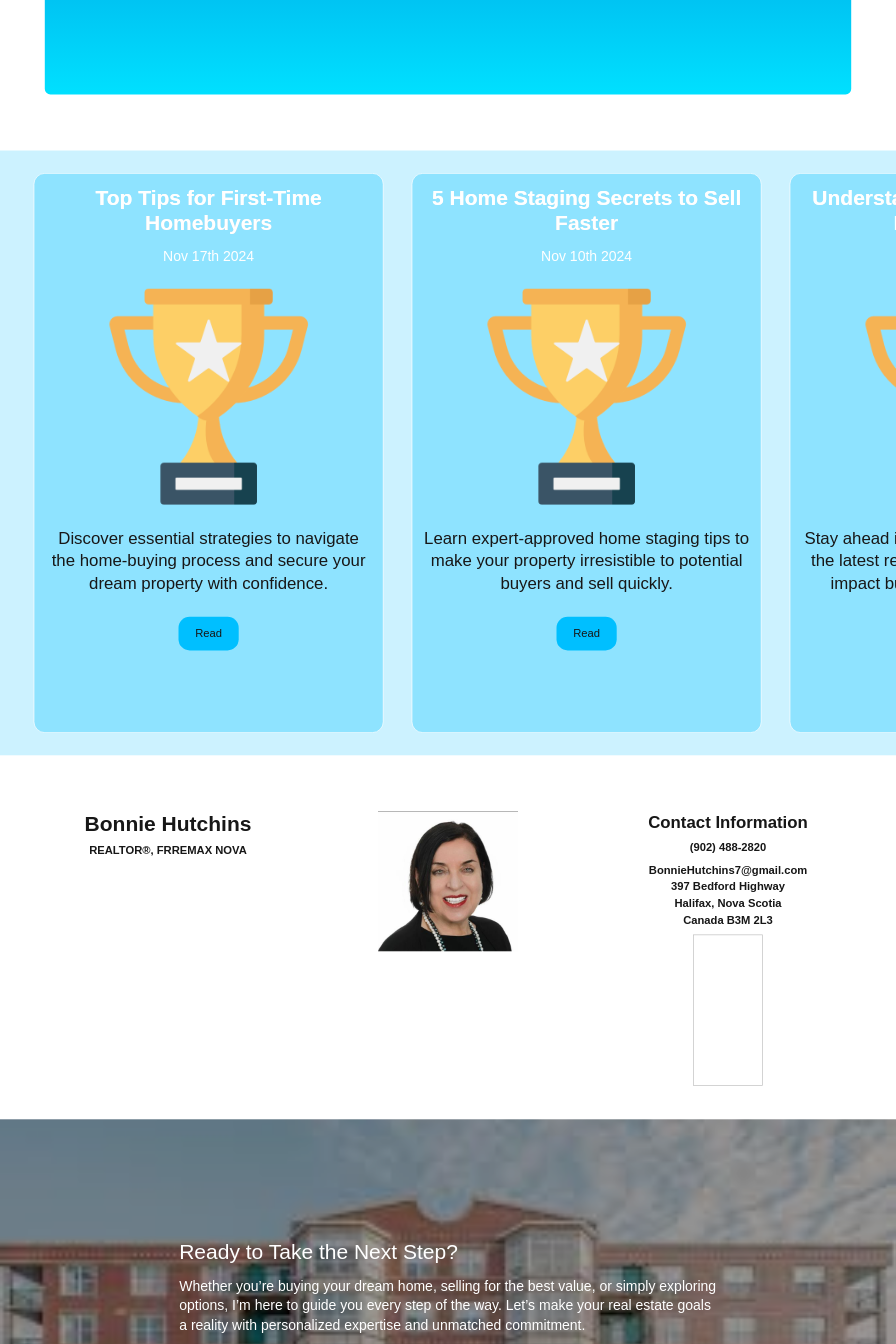
Repository: TMuse333/bonnie-website-
Page: / (app in frontend/)
The author's editor kept a copy of each file at every save. The page is drawn from the files as they stood at one save, then again after the next save.
The browser window is 1280 px wide. The pictures show the part of the page from y = 4580 to 6500 px (the page is 7119 px tall), at 70% of full size.
The project was rebuilt for these pictures with package versions that can differ from the ones it lists, and the page was loaded fresh each time. The framework's server and built-in components were replaced by stand-ins that run in the browser. Also part of the build but not shown: frontend/next.config.mjs.

Above is the page before, as saved 2024-11-30 14:39:11.

After the next save:
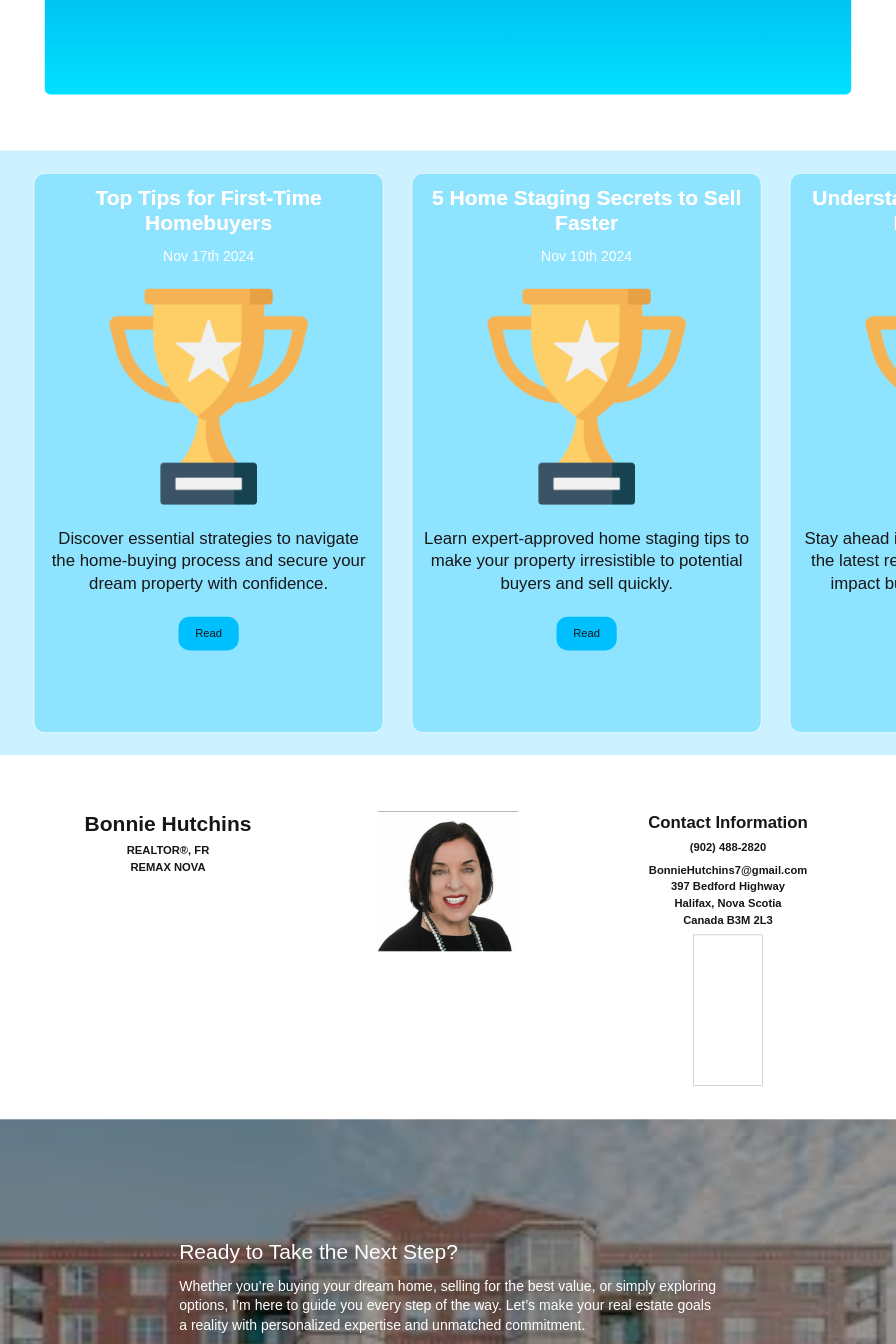
Saved 4 s later.
--- a/frontend/src/data/data.ts
+++ b/frontend/src/data/data.ts
@@ -190,7 +190,7 @@
   src:'/bonnie.jpg',
   alt:'Bonnie',
   name:'Bonnie Hutchins',
-  title:"REALTOR®, FR"+
+  title:"REALTOR®, FR\n"+
   "REMAX NOVA",
   description:'',
   quote:'',
